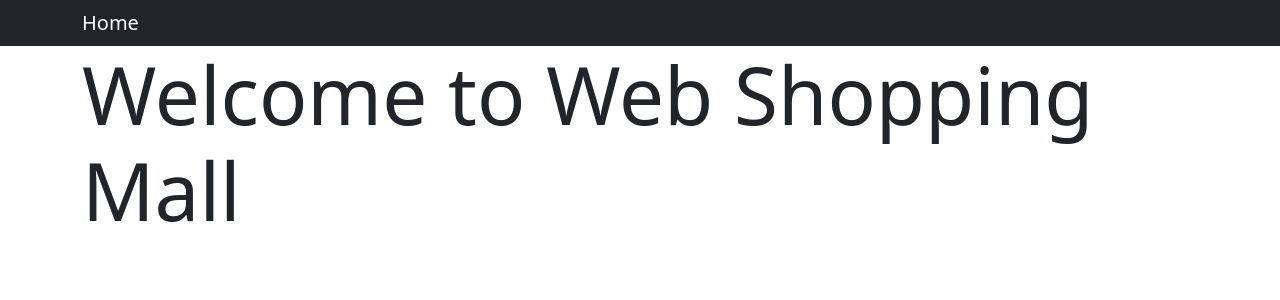
Repository: CheolHo-0428/JSP-Web-Programming
Page: http://localhost/WebMarket/welcome.jsp
An editor plug-in stored every save of this project. The page is shown before and after the next save, followed by the edit.
The browser window is 1280 px wide. The pictures show the whole page.
The page is served by Tomcat 9.

Above is the page before, as saved 2021-05-06 14:44:36.

After the next save:
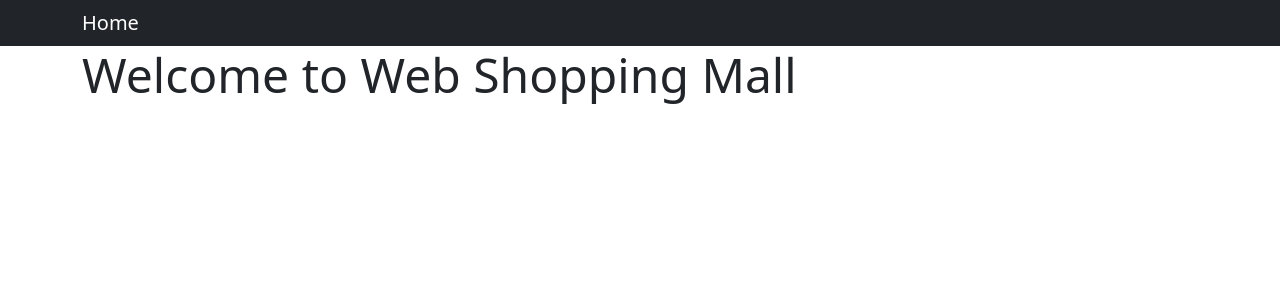
Saved 5 s later.
--- a/WebMarket/src/main/webapp/welcome.jsp
+++ b/WebMarket/src/main/webapp/welcome.jsp
@@ -23,7 +23,7 @@
 	%>
 	<div class = "jumbotron">
 		<div class = "container">
-			<h1 class = "display-1">
+			<h1 class = "display-5">
 				<%= greeting %>
 			</h1>
 		</div>

After the save that followed:
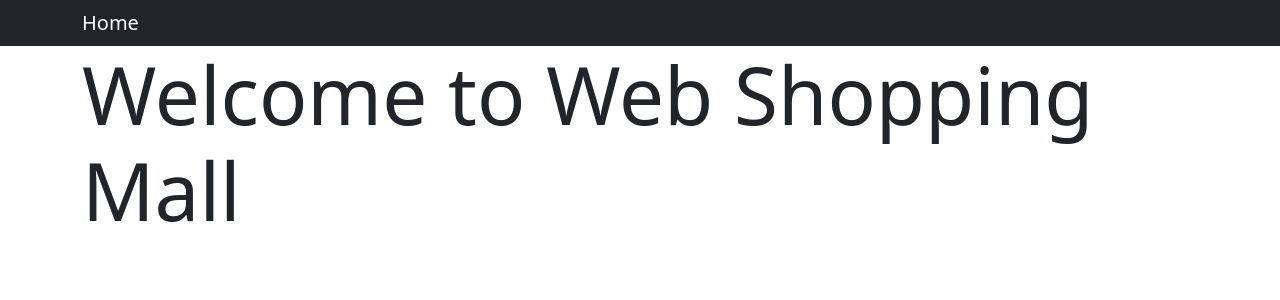
Saved 5 s later.
--- a/WebMarket/src/main/webapp/welcome.jsp
+++ b/WebMarket/src/main/webapp/welcome.jsp
@@ -23,7 +23,7 @@
 	%>
 	<div class = "jumbotron">
 		<div class = "container">
-			<h1 class = "display-5">
+			<h1 class = "display-1">
 				<%= greeting %>
 			</h1>
 		</div>
